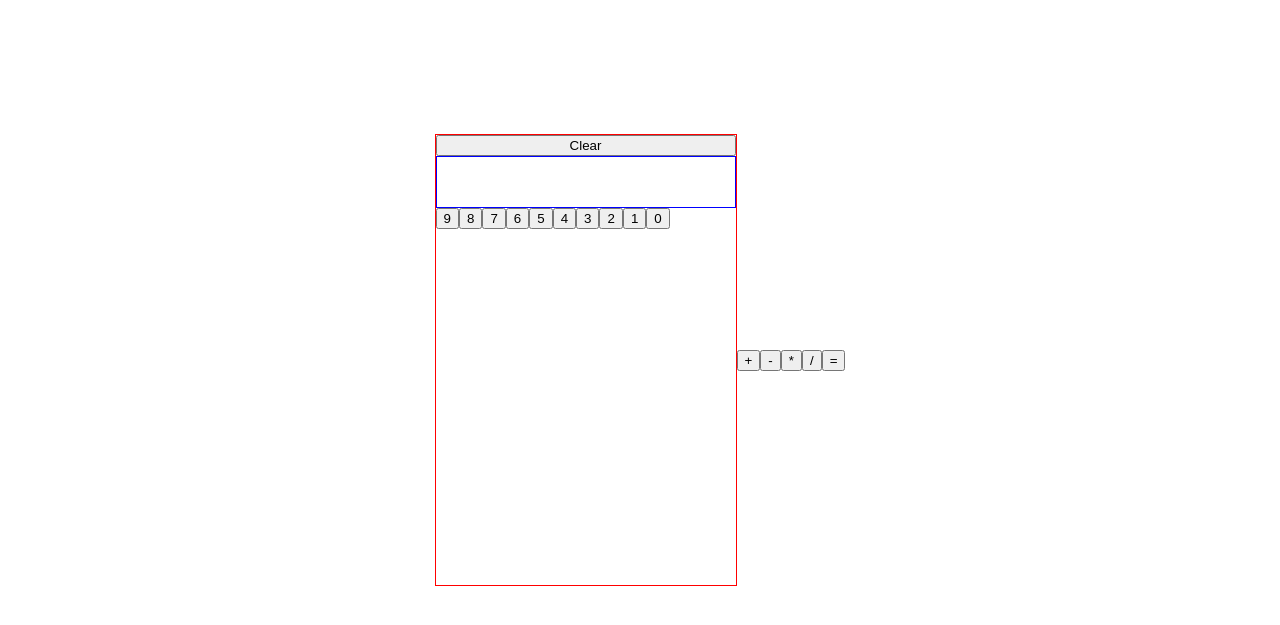
Repository: kocokoy/Calculator
Page: index.html
An editor plug-in stored every save of this project. The page is shown before and after the next save, followed by the edit.
The browser window is 1280 px wide. The pictures show the whole page.

Above is the page before, as saved 2024-10-22 13:21:11.

### index.html
<!DOCTYPE html>
<html lang="en">
<head>
  <meta charset="UTF-8">
  <meta name="viewport" content="width=device-width, initial-scale=1.0">
  <link rel="stylesheet" href="/style.css">
  <title>Document</title>
</head>
<body>
  <div class="calculator-container">
    <div class="output-number"></div>
    <div class="number-container">
      <div class="clear-button-container">
        <button class="clear-button">Clear</button>
      </div>
      <div class="test2">

      </div>
    </div>
    <div class="operator-container">
    </div>
  </div>
  <script src="/script.js"></script>
</body>
</html>

### style.css
body{
  padding: 0;
  margin: 0;
  height: 100%;
}
.calculator-container{
  display: flex;
  align-items: center;
  justify-content: center;
  height: 100vh;
}
.number-container{
  border: 1px solid red;
  height: 450px;
  width: 300px;
  display: block;
}
.clear-button-container{
  display: grid;
}
.test2{
  display: flex;
  flex-direction: row;
  border: 1px solid blue;
  height: 50px;
}

### script.js
const calculatorButton = [1,2,3,4,5,6,7,8,9,0];
const operatorContent = ['+','-','*','/','='];
const container = document.querySelector('.number-container');
const test2 = document.querySelector('.test2');
const numberButton = document.querySelectorAll('.number-button');
const operatorContainer = document.querySelector('.operator-container');
const operatorButton = document.querySelectorAll('.operator-button');
const outputElement = document.querySelector('.output-number');

let num1 = '';
let num2 = '';
let operator = '';
let result = 0;
let equals ='';
let html = '';

const descendedNumber = calculatorButton.sort((a,b) => b-a)
descendedNumber.forEach(num => {
  const button = document.createElement('button');
  button.classList.add('number-button');
  button.textContent = num;
  container.appendChild(button);
  console.log(button);
});

operatorContent.forEach(oper => {
  const button = document.createElement('button');
  button.classList.add('operator-button');
  button.textContent = oper;
  operatorContainer.appendChild(button);
  console.log(button);
});


operatorButton.forEach((operButton,i) => {
  operButton.addEventListener('click', () => {
    if(operButton.textContent != '='){
      operator = operButton.textContent;
      outputElements(operator);
    }else{
      equals = operButton.textContent;
      if(equals === '='){
        console.log(`${num1}${operator}${num2}`)
        operate(num1,num2,operator);
      }
    }

  })
})

numberButton.forEach((numButton,i) => {
  numButton.addEventListener('click', () => {

    if (operator === '') {
      num1 += numButton.textContent;
      outputElements(numButton.textContent);
      console.log('Num1:', num1);
    } else {
      num2 += numButton.textContent;
      outputElements(numButton.textContent);
      console.log('Num2:', num2);
    }
  })
})


function outputElements(a){
  if(num1 && num2 && operator && equals){
    outputElement.textContent = '';
    outputElement.textContent = a;
  }else{
    html+=a;
    console.log(html);
    outputElement.textContent = html;
  }
}




function operate(num1,num2,operator){
  number1 = parseInt(num1,10);
  number2 = parseInt(num2,10);
  if(operator === '+'){
    addOperator(number1,number2);
  }else if(operator === '-'){
    minusOperator(number1,number2);
  }else if(operator === '*'){
    timesOperator(number1,number2);
  }else if(operator === '/'){
    divideOperator(number1,number2);
  }
}


const addOperator = (a,b) => {
  console.log(a,b);
  result = a + b;
  outputElements(result);
  return console.log(result);
}

const minusOperator = (a,b) => {
  result = a-b;
  outputElements(result);
  return console.log(result);
}

const timesOperator = (a,b) => {
  result = a*b;
  outputElements(result);
  return console.log(result);
}

const divideOperator = (a,b) => {
  sum = a/b;
  outputElements(result);
  return console.log(result);
}

After the next save:
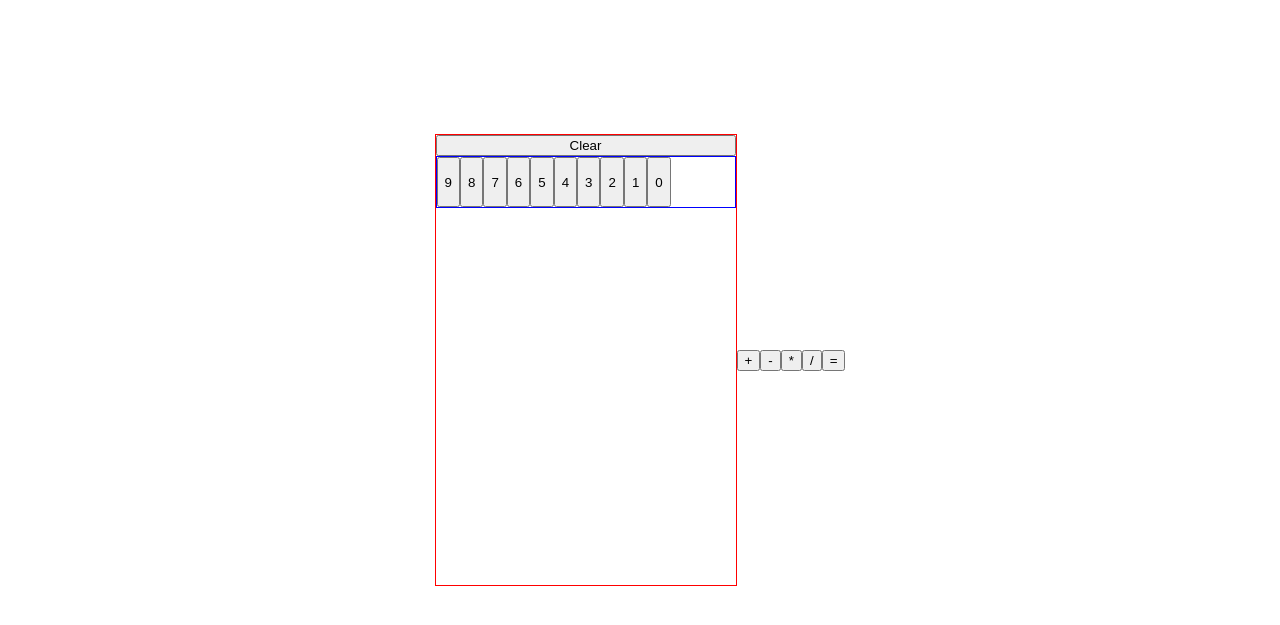
Saved 25 s later.
--- a/script.js
+++ b/script.js
@@ -19,7 +19,7 @@ descendedNumber.forEach(num => {
   const button = document.createElement('button');
   button.classList.add('number-button');
   button.textContent = num;
-  container.appendChild(button);
+  test2.appendChild(button);
   console.log(button);
 });
 
